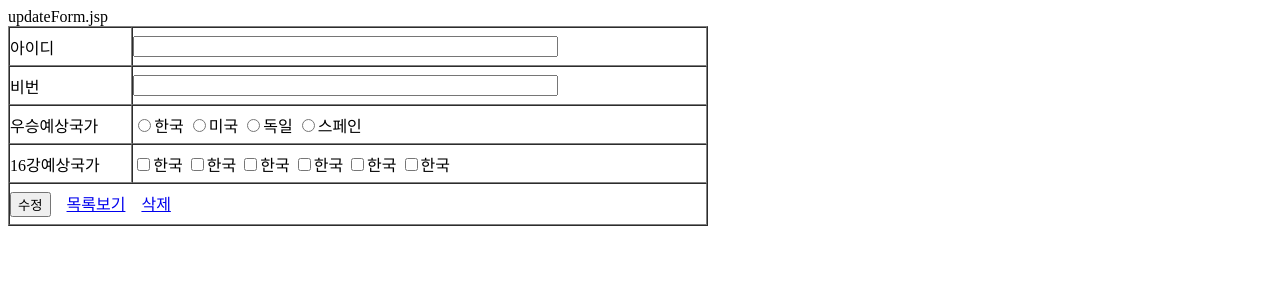
Repository: ChanhoPark-s/academyStudy
Page: http://localhost/12_DB_Football/updateForm
The author's editor kept a copy of each file at every save. The page is drawn from the files as they stood at one save, then again after the next save.
The browser window is 1280 px wide. The pictures show the whole page.
The page is served by Tomcat 9. Queries for data that is not in the repository find no rows.

Above is the page before, as saved 2022-08-22 06:25:26.

After the next save:
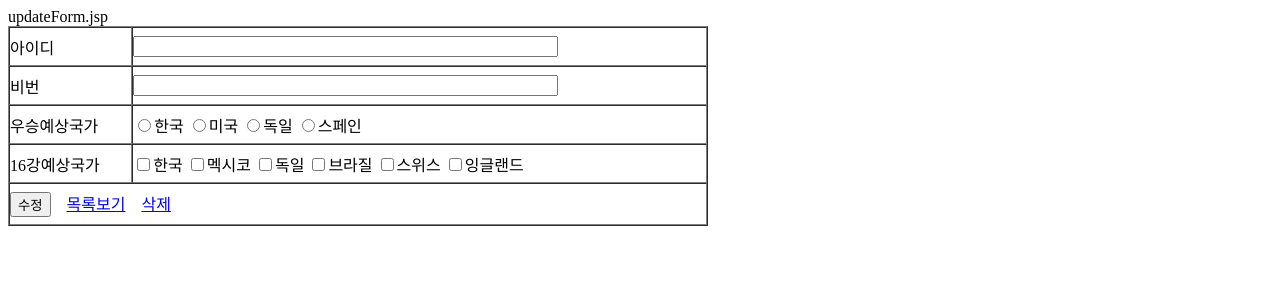
Saved 13 s later.
--- a/12_DB_Football/src/main/webapp/WEB-INF/views/updateForm.jsp
+++ b/12_DB_Football/src/main/webapp/WEB-INF/views/updateForm.jsp
@@ -39,7 +39,7 @@ String[] r = {"한국","멕시코","독일","브라질","스위스","잉글랜
 				<td>16강예상국가</td>
 				<td>
 					<c:forEach var="round" items="${r }">
-						<input type="checkbox" name="round16" value="${round }" <c:if test="${fn:contains(f.round16,'한국') }">checked</c:if>>한국
+						<input type="checkbox" name="round16" value="${round }" <c:if test="${fn:contains(f.round16,round) }">checked</c:if>>${round }
 					</c:forEach>
 					<%-- <input type="checkbox" name="round16" value="한국" <c:if test="${fn:contains(f.round16,'한국') }">checked</c:if>>한국
 					<input type="checkbox" name="round16" value="멕시코" <c:if test="${fn:contains(f.round16,'멕시코') }">checked</c:if>>멕시코
